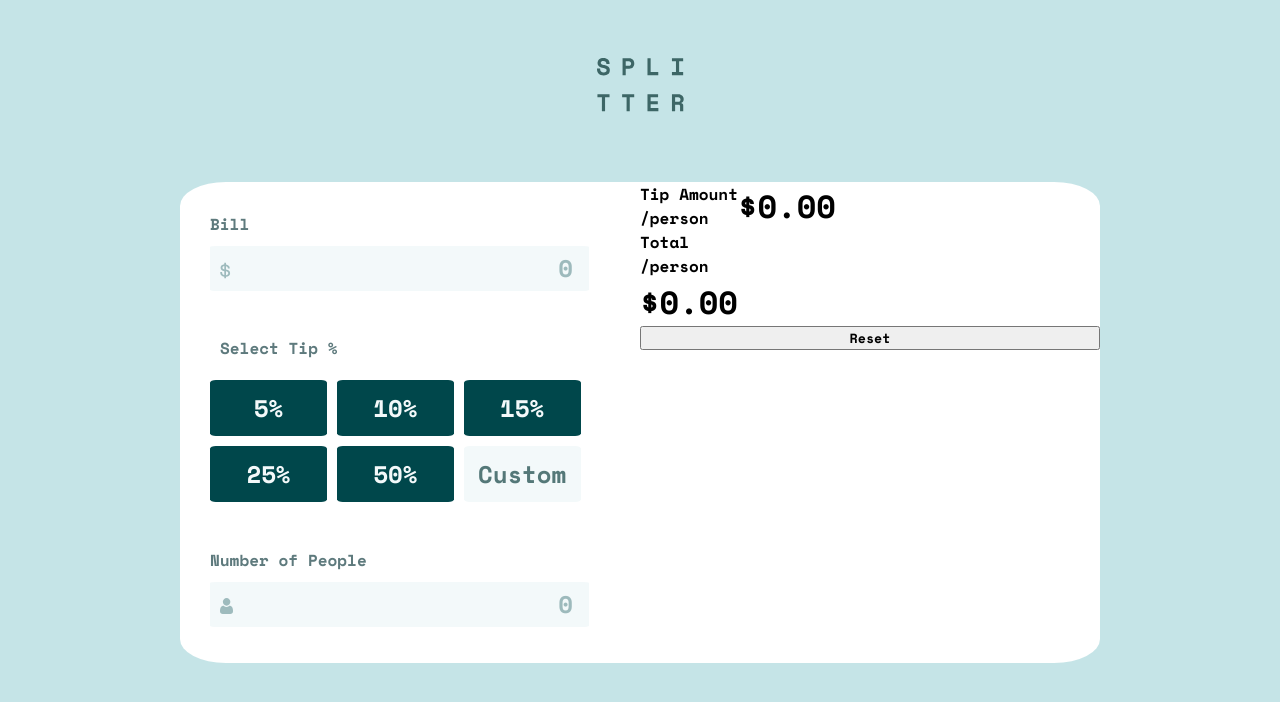
Repository: Arkitecth/tip-calculator
Page: index.html
An editor plug-in stored every save of this project. The page is shown before and after the next save, followed by the edit.
The browser window is 1280 px wide. The pictures show the whole page.

Above is the page before, as saved 2023-06-09 18:54:08.

After the next save:
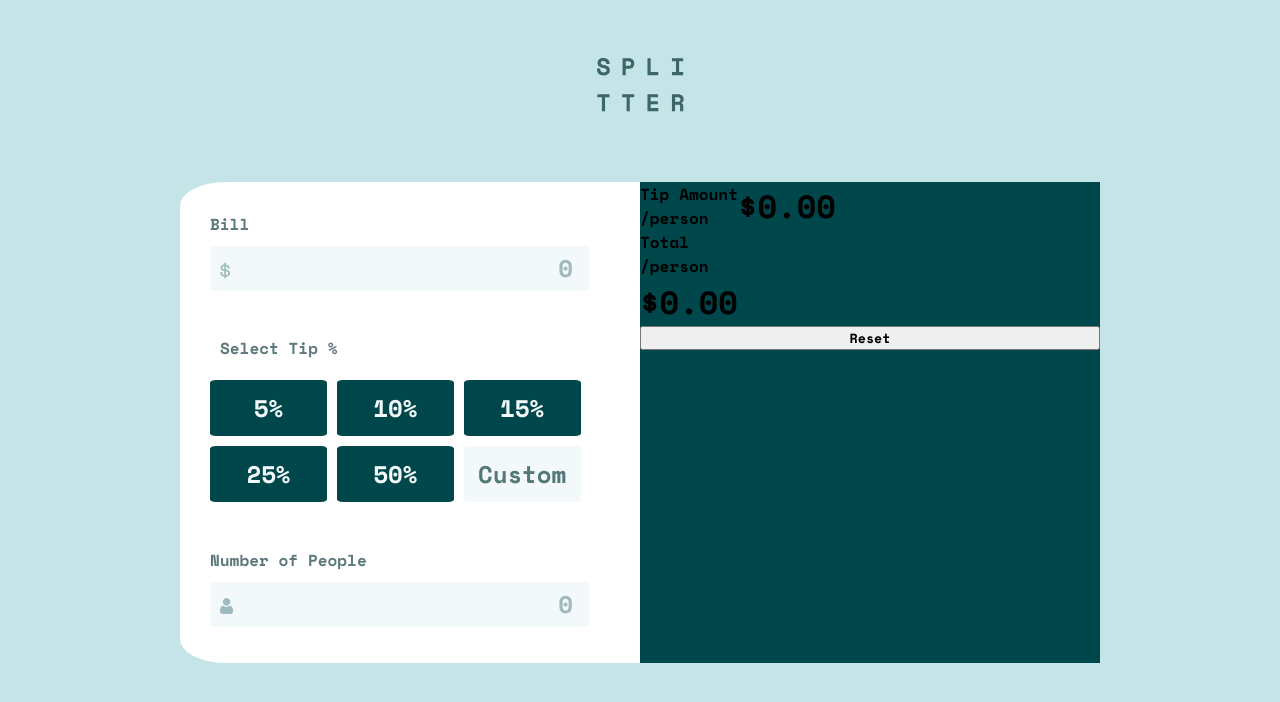
Saved 23 s later.
--- a/styles.css
+++ b/styles.css
@@ -129,6 +129,7 @@
 .result {
     display: flex;
     flex-direction: column;
+    background-color: #00474B;
 }
 
 .tip {
